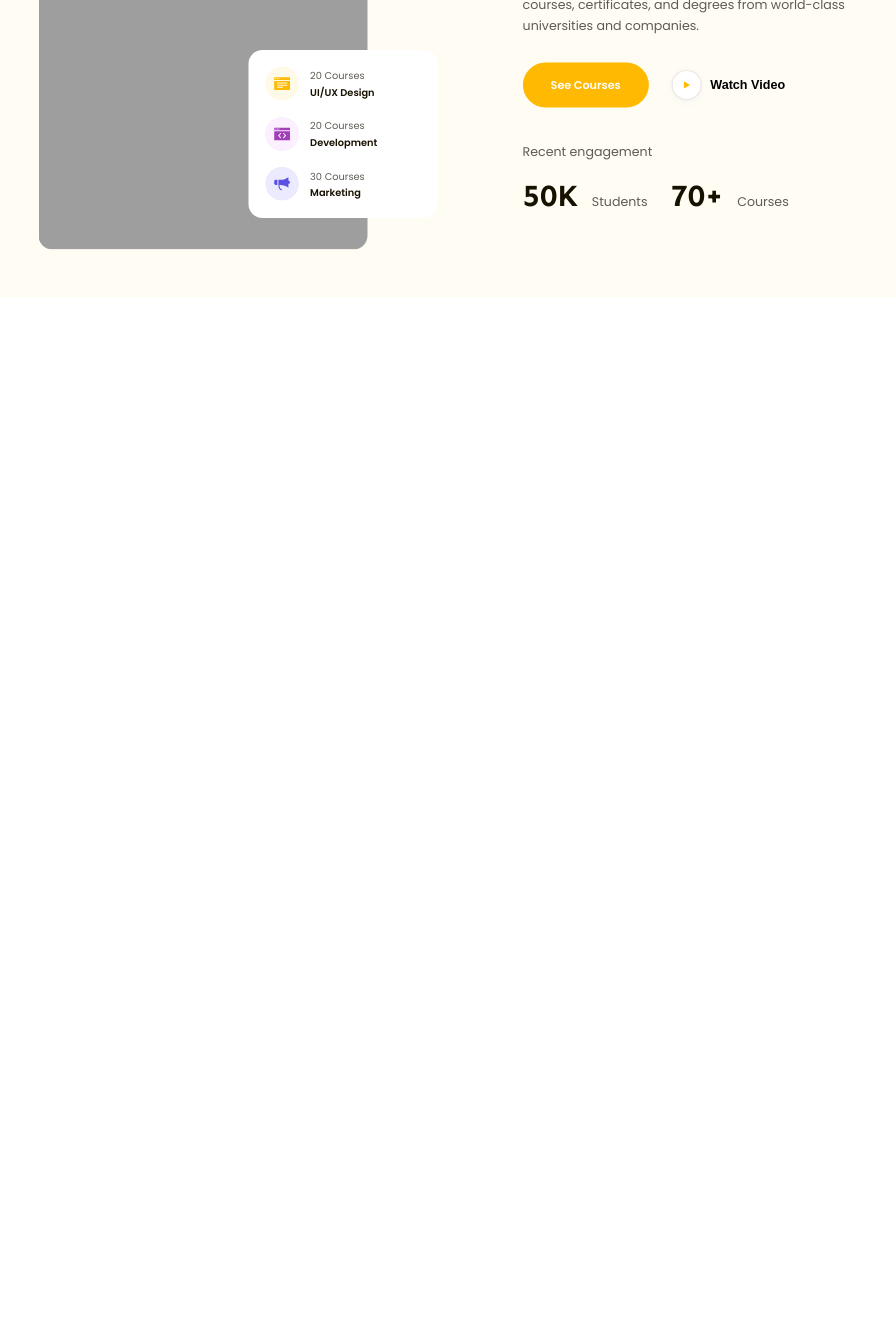
Repository: Toihoclaptrinh/duan1_figma
Page: index.html
An editor plug-in stored every save of this project. The page is shown before and after the next save, followed by the edit.
The browser window is 1280 px wide. The pictures show the part of the page from y = 478 to 2378 px (the page is 10000 px tall), at 70% of full size.
Pictures or frames that could not be fetched are drawn as grey boxes.

Above is the page before, as saved 2024-02-04 22:24:36.

After the next save:
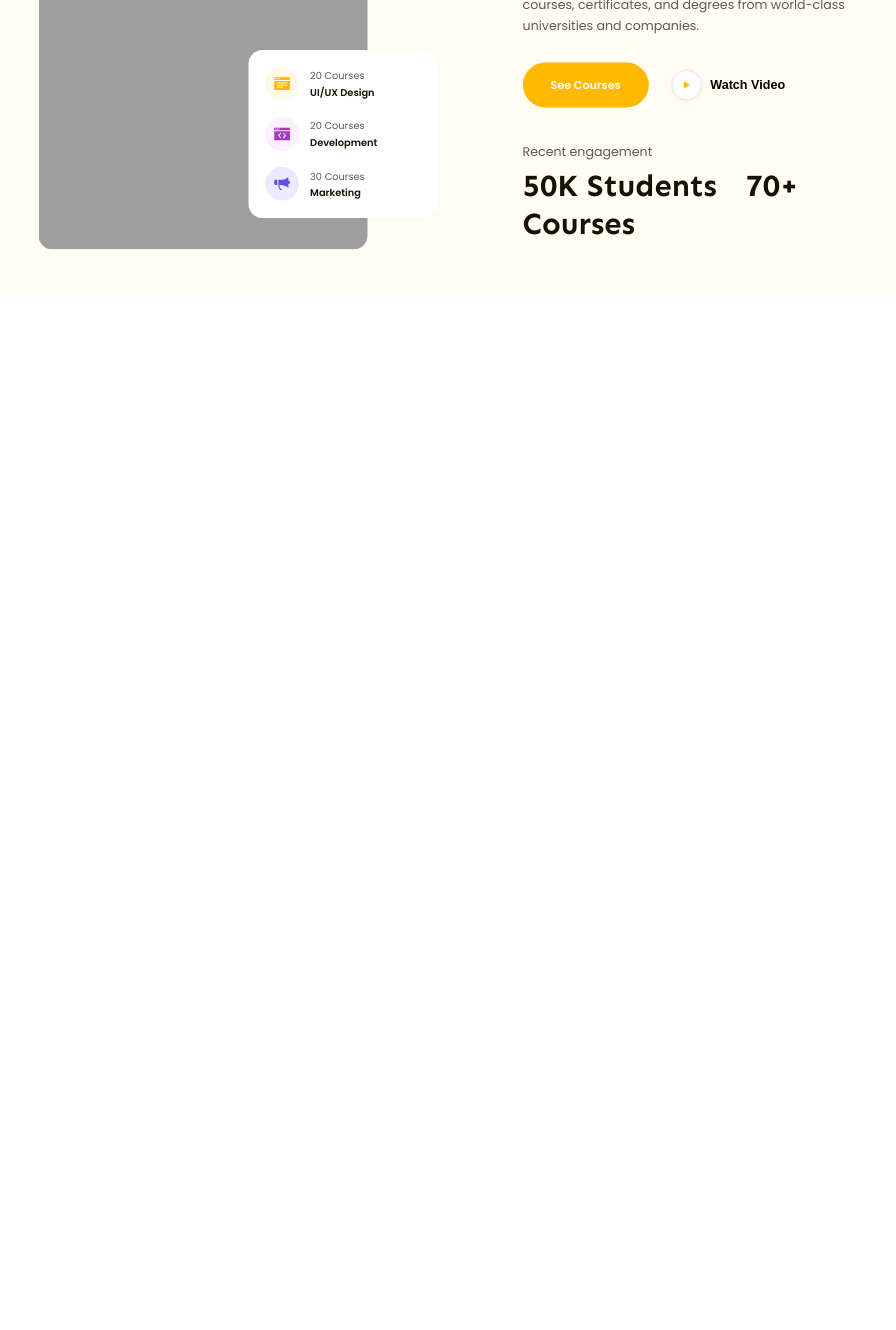
Saved 14 s later.
--- a/assets/css/style.css
+++ b/assets/css/style.css
@@ -256,7 +256,7 @@
   margin-top: 48px;
 }
 
-.hero .descstrong strong {
+.hero .descstrong {
   font-family: var(--font-heading);
   font-size: 4.4rem;
   font-weight: 700;

After the save that followed:
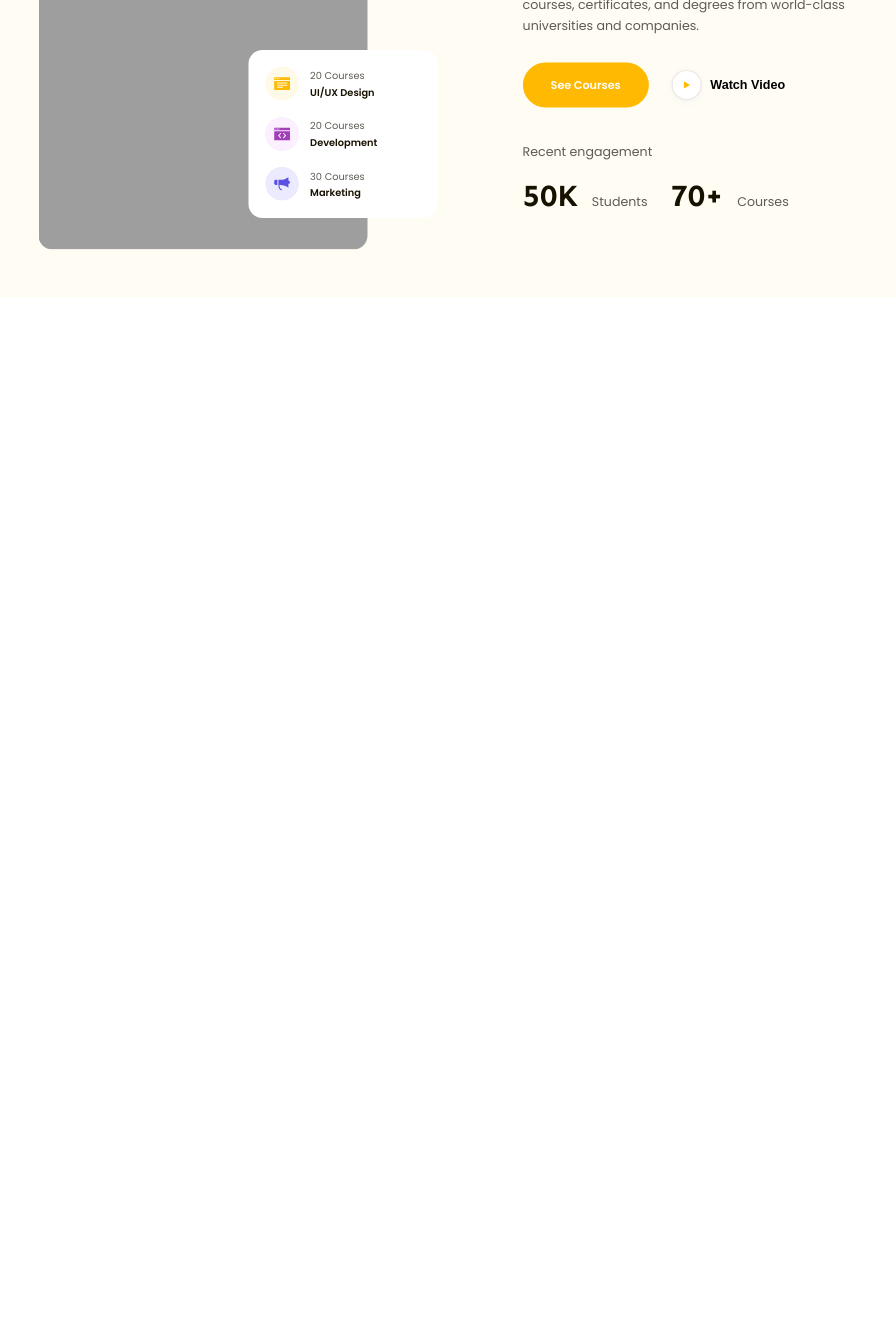
Saved 7 s later.
--- a/assets/css/style.css
+++ b/assets/css/style.css
@@ -256,14 +256,13 @@
   margin-top: 48px;
 }
 
-.hero .descstrong {
+.hero .descstrong strong {
   font-family: var(--font-heading);
   font-size: 4.4rem;
   font-weight: 700;
   line-height: 1.23;
   color: #171100;
   margin-right: 15px;
-  margin-top: 8px;
 }
 .hero .descstrong strong:nth-child(2) {
   margin-left: 28px;
